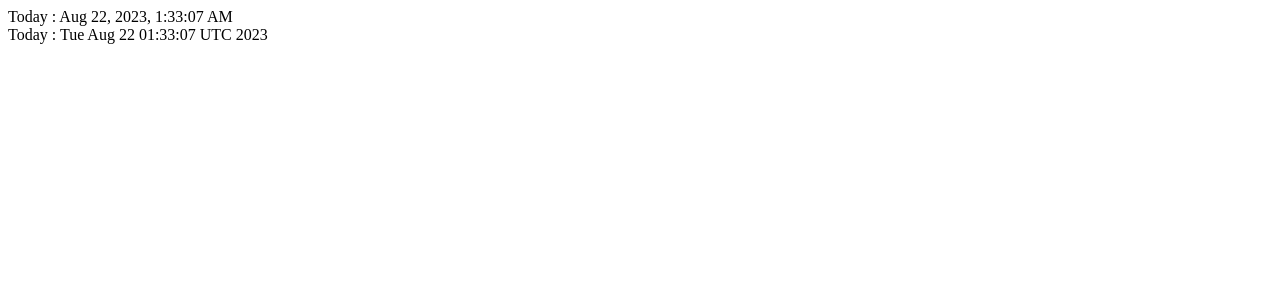
Repository: lhj257/jspwrokspace
Page: http://localhost/Exercise/ch03/include.jsp
The author's editor kept a copy of each file at every save. The page is drawn from the files as they stood at one save, then again after the next save.
The browser window is 1280 px wide. The pictures show the whole page.
The page is served by Tomcat 9. Other server files are loaded and not shown.

Above is the page before, as saved 2023-08-23 05:24:00.

### Exercise/src/main/webapp/ch03/include.jsp
<%@ page language="java" contentType="text/html; charset=UTF-8"
    pageEncoding="UTF-8"%>
<!DOCTYPE html>
<html>
<head>
<meta charset="UTF-8">
<title>Insert title here</title>
</head>
<body>
<% String date = new java.util.Date().toLocaleString();
	out.println("Today : " +date);%>
	<br>
	Today : <%=new java.util.Date()%>
</body>
</html>

After the next save:
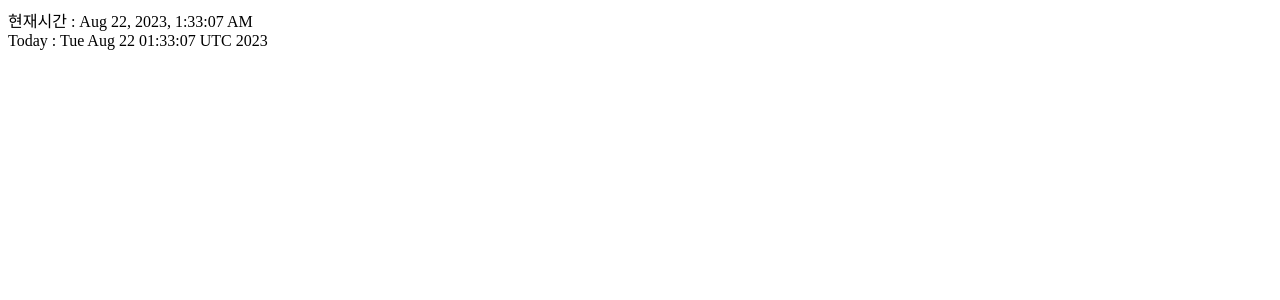
Saved 11 s later.
--- a/Exercise/src/main/webapp/ch03/include.jsp
+++ b/Exercise/src/main/webapp/ch03/include.jsp
@@ -8,7 +8,7 @@
 </head>
 <body>
 <% String date = new java.util.Date().toLocaleString();
-	out.println("Today : " +date);%>
+	out.println("현재시간 : " +date);%>
 	<br>
 	Today : <%=new java.util.Date()%>
 </body>
